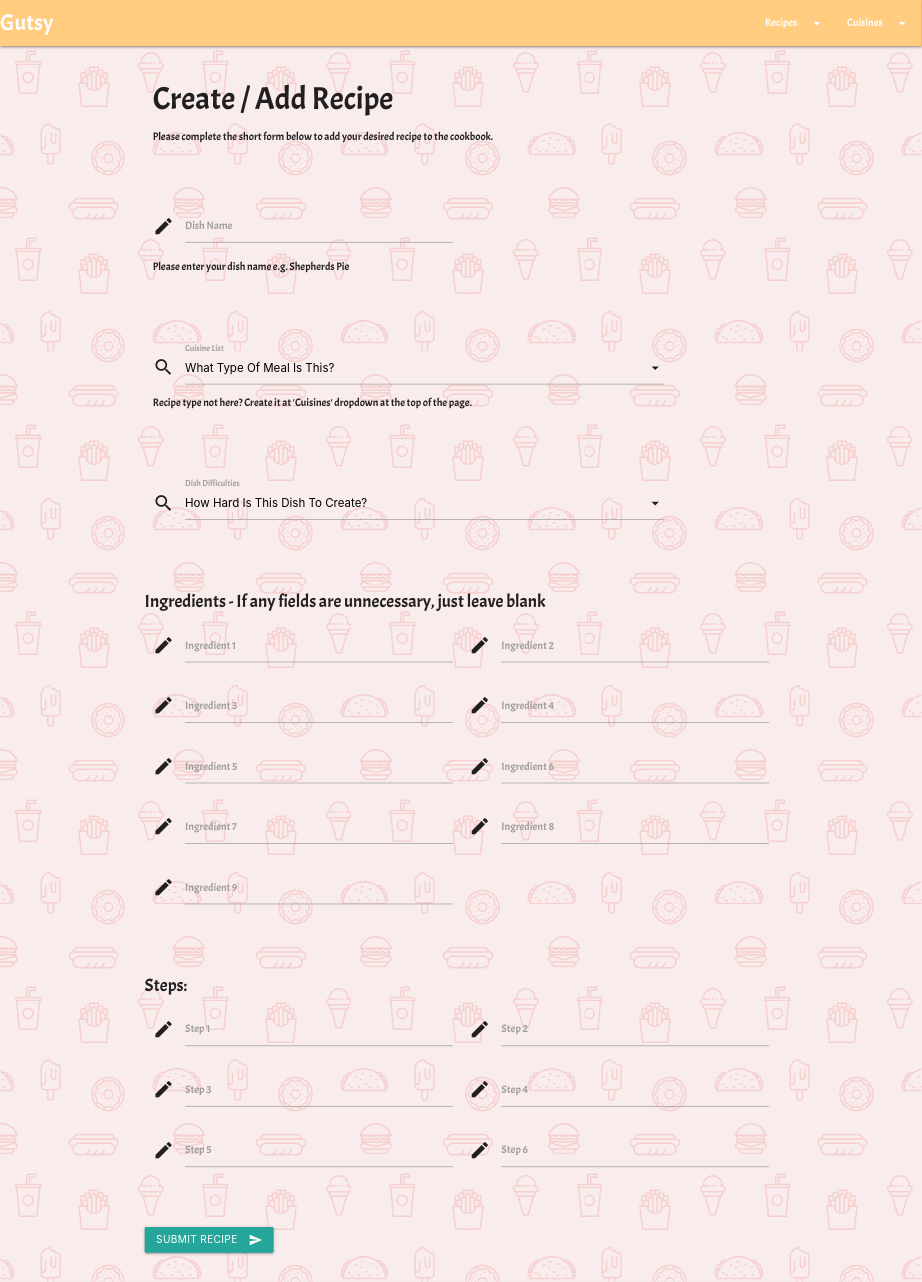
Repository: connor-blackburn/gutsy
Page: http://localhost/create_recipe
The author's editor kept a record of every edit. The page is drawn from the files as they stood at one moment, then again after the next edit.
The browser window is 1280 px wide. The pictures show the whole page, at 72% of full size.
The page is served by the project's application, run on Flask 3 (app.py). Queries for data that is not in the repository find no rows.

Above is the page before.

### templates/create_recipe.html
{% extends 'base.html' %} {% block content %}

<div class="row description container">
    <h3>Create / Add Recipe</h3>
    <p>Please complete the short form below to add your desired recipe to the cookbook.</p>
</div>

<form action="{{ url_for('insert_recipe') }}" method="POST" class="col s12 container">

    <div class="row">
        <div class="input-field col s6">
            <i class="material-icons prefix">create</i>
            <input id="icon_prefix" type="text" id="recipes" name="dish_name" class="validate">
            <label for="icon_prefix" id="recipes" name="dish_name">Dish Name</label>
            <p>Please enter your dish name e.g. Shepherds Pie</p>
        </div>
    </div>
    <div class="row">
        <div class="input-field col s10">
            <i class="material-icons prefix">search</i>
            <select id="recipes" name="cuisine_name">
                <option value="" disabled selected>What Type Of Meal Is This?</option>
                {% for cuisine in cuisines %}
                    <option value="{{cuisine.cuisine_name}}">{{cuisine.cuisine_name}}</option>
                {% endfor %}
            </select>
            <label>Cuisine List</label>
            <p>Recipe type not here? Create it at 'Cuisines' dropdown at the top of the page.</p>
        </div>
    </div>
    <div class="row">
        <div class="input-field col s10">
            <i class="material-icons prefix">search</i>
            <select id="recipes" name="dish_difficulty">
                <option value="" disabled selected>How Hard Is This Dish To Create?</option>
                    <option>Easy</option>
                    <option>Medium</option>
                    <option>Hard</option>
            </select>
            <label>Dish Difficulties</label>
        </div>
    </div>
    <div class="row">
        <h5>Ingredients - If any fields are unnecessary, just leave blank</h5>
        <div class="input-field col s6">
            <i class="material-icons prefix">create</i>
            <input id="icon_prefix" id="recipes" name="ingredient_1" type="text" class="validate">
            <label for="icon_prefix">Ingredient 1</label>
        </div>
        <div class="input-field col s6">
            <i class="material-icons prefix">create</i>
            <input id="icon_prefix" id="recipes" name="ingredient_2" type="text" class="validate">
            <label for="icon_prefix">Ingredient 2</label>
        </div>

        <div class="input-field col s6">
            <i class="material-icons prefix">create</i>
            <input id="icon_prefix" id="recipes" name="ingredient_3" type="text" class="validate">
            <label for="icon_prefix">Ingredient 3</label>
        </div>

        <div class="input-field col s6">
            <i class="material-icons prefix">create</i>
            <input id="icon_prefix" id="recipes" name="ingredient_4" type="text" class="validate">
            <label for="icon_prefix">Ingredient 4</label>
        </div>

        <div class="input-field col s6">
            <i class="material-icons prefix">create</i>
            <input id="icon_prefix" id="recipes" name="ingredient_5" type="text" class="validate">
            <label for="icon_prefix">Ingredient 5</label>
        </div>

        <div class="input-field col s6">
            <i class="material-icons prefix">create</i>
            <input id="icon_prefix" id="recipes" name="ingredient_6" type="text" class="validate">
            <label for="icon_prefix">Ingredient 6</label>
        </div>

        <div class="input-field col s6">
            <i class="material-icons prefix">create</i>
            <input id="icon_prefix" id="recipes" name="ingredient_7" type="text" class="validate">
            <label for="icon_prefix">Ingredient 7</label>
        </div>

        <div class="input-field col s6">
            <i class="material-icons prefix">create</i>
            <input id="icon_prefix" id="recipes" name="ingredient_8" type="text" class="validate">
            <label for="icon_prefix">Ingredient 8</label>
        </div>

        <div class="input-field col s6">
            <i class="material-icons prefix">create</i>
            <input id="icon_prefix" id="recipes" name="ingredient_9" type="text" class="validate">
            <label for="icon_prefix">Ingredient 9</label>
        </div>
    </div>

    <div class="row">
        <h5>Steps: </h5>
        <div class="input-field col s6">
            <i class="material-icons prefix">create</i>
            <input id="icon_prefix" id="recipes" name="step_1" type="text" class="validate">
            <label for="icon_prefix">Step 1</label>
        </div>
        <div class="input-field col s6">
            <i class="material-icons prefix">create</i>
            <input id="icon_prefix" id="recipes" name="step_2" type="text" class="validate">
            <label for="icon_prefix">Step 2</label>
        </div>
        <div class="input-field col s6">
            <i class="material-icons prefix">create</i>
            <input id="icon_prefix" id="recipes" name="step_3" type="text" class="validate">
            <label for="icon_prefix">Step 3</label>
        </div>
        <div class="input-field col s6">
            <i class="material-icons prefix">create</i>
            <input id="icon_prefix" id="recipes" name="step_4" type="text" class="validate">
            <label for="icon_prefix">Step 4</label>
        </div>
        <div class="input-field col s6">
            <i class="material-icons prefix">create</i>
            <input id="icon_prefix" id="recipes" name="step_5" type="text" class="validate">
            <label for="icon_prefix">Step 5</label>
        </div>
        <div class="input-field col s6">
            <i class="material-icons prefix">create</i>
            <input id="icon_prefix" id="recipes" name="step_6" type="text" class="validate">
            <label for="icon_prefix">Step 6</label>
        </div>
    </div>

    <div class="row">
        <button class="btn waves-effect waves-light" type="submit" name="action">Submit Recipe
            <i class="material-icons right">send</i>
        </button>
    </div>
</form>
{% endblock %}

### templates/base.html
<!DOCTYPE html>
<html>

<head>
    <meta charset="UTF-8">
    <meta name="viewport" content="width=device-width, initial-scale=1.0">
    <meta http-equiv="X-UA-Compatible" content="ie=edge">
    <link href="https://fonts.googleapis.com/icon?family=Material+Icons" rel="stylesheet">
    <link rel="stylesheet" href="https://cdnjs.cloudflare.com/ajax/libs/materialize/1.0.0/css/materialize.min.css">
    <link href="https://fonts.googleapis.com/css?family=Acme&display=swap" rel="stylesheet">
    <link rel="stylesheet" href="{{ url_for('static', filename='css/style.css') }}" type="text/css" />
</head>

<body>
    <header>
        <ul id="dropdown1" class="dropdown-content">
            <li><a href="{{url_for('get_recipes_step_one')}}">Edit Recipes</a></li>
            <li class="divider"></li>
            <li><a href="#!">Create Recipes</a></li>
        </ul>
        <ul id="dropdown2" class="dropdown-content">
            <li><a href="{{url_for('edit_cuisine_homepage')}}">Edit Cuisines</a></li>
            <li class="divider"></li>
            <li><a href="{{url_for('create_cuisine')}}">Create Cuisines</a></li>
        </ul>
        <ul id="dropdown3" class="dropdown-content">
            <li><a href="{{url_for('get_recipes_step_one')}}">Edit Recipes</a></li>
            <li class="divider"></li>
            <li><a href="#!">Create Recipes</a></li>
        </ul>
        <ul id="dropdown4" class="dropdown-content">
            <li><a href="{{url_for('edit_cuisine_homepage')}}">Edit Cuisines</a></li>
            <li class="divider"></li>
            <li><a href="{{url_for('create_cuisine')}}">Create Cuisines</a></li>
        </ul>
        <nav>
            <div class="nav-wrapper orange lighten-3">
                <a href="{{ url_for('home') }}" class="brand-logo">Gutsy</a>
                <a href="#" data-target="mobile-demo" class="sidenav-trigger"><i class="material-icons">menu</i></a>
                <ul class="right hide-on-med-and-down">
                    <li><a class="dropdown-trigger" href="#!" data-target="dropdown1">Recipes<i class="material-icons right">arrow_drop_down</i></a></li>
                    <li><a class="dropdown-trigger" href="#!" data-target="dropdown2">Cuisines<i class="material-icons right">arrow_drop_down</i></a></li>
                </ul>
            </div>
        </nav>

        <ul class="sidenav" id="mobile-demo">
            <li><a class="dropdown-trigger" href="#!" data-target="dropdown3">Recipes<i class="material-icons right">arrow_drop_down</i></a></li>
            <li><a class="dropdown-trigger" href="#!" data-target="dropdown4">Cuisines<i class="material-icons right">arrow_drop_down</i></a></li>
        </ul>
    </header>
    {% block content %} {% endblock %}

    <script type="text/javascript" src="https://cdnjs.cloudflare.com/ajax/libs/jquery/3.4.1/jquery.min.js"></script>
    <script src="https://cdnjs.cloudflare.com/ajax/libs/materialize/1.0.0/js/materialize.min.js"></script>
    <script type="text/javascript">
        $(document).ready(function() {
            $('.dropdown-trigger').dropdown();
            $('.collapsible').collapsible();
            $('.sidenav').sidenav();
            $('select').formSelect();
           // $('body').css('display', 'none');
            //$('body').fadeIn(1800);
        });
    </script>


</body>

</html>

### app.py
import os
from flask import Flask, render_template, redirect, request, url_for
from flask_pymongo import PyMongo
from bson.objectid import ObjectId

app = Flask(__name__)

app.config["MONGO_DBNAME"] = 'cookbook'
app.config["MONGO_URI"] = os.environ.get('MONGO_URI')

mongo = PyMongo(app)

# Home Page - Index
@app.route('/')
@app.route('/home')
def home():
    return render_template('index.html',
    cuisines=mongo.db.cuisines.find())

# Create Cuisine Page - Short Form
@app.route('/create_cuisine')
def create_cuisine():
    return render_template('create_cuisine.html',
    cuisines=mongo.db.cuisines.find())

# Inserts New Cuisine To Site & Redirects Back To Cuisine Homepage
@app.route('/insert_cuisine', methods=['POST'])
def insert_cuisine():
    cuisines = mongo.db.cuisines
    cuisines.insert_one(request.form.to_dict())
    return redirect(url_for('edit_cuisine_homepage'))

# Edit Cuisine Homepage - Shows Collection For User Choice
@app.route('/edit_cuisine_homepage')
def edit_cuisine_homepage():
    return render_template('edit_cuisine_homepage.html',
    cuisines=mongo.db.cuisines.find())

# Edit Cuisine Page, Cuisine Title Altered Here
@app.route('/edit_cuisine/<cuisine_id>')
def edit_cuisine(cuisine_id):
    return render_template('edit_cuisine.html',
    cuisines=mongo.db.cuisines.find_one({'_id': ObjectId(cuisine_id)}))

# Confirms Cuisine Change & Redirects Back To Cuisine Homepage
@app.route('/update_cuisine/<cuisine_id>', methods=['POST'])
def update_cuisine(cuisine_id):
    mongo.db.cuisines.update(
        {'_id': ObjectId(cuisine_id)},
        {'cuisine_name': request.form.get('cuisine_name')})
    return redirect(url_for('edit_cuisine_homepage'))

# Confirms Cuisine Deletion & Redirects Back To Cuisine Homepage
@app.route('/delete_cuisine/<cuisine_id>')
def delete_cuisine(cuisine_id):
    mongo.db.cuisines.remove({'_id': ObjectId(cuisine_id)}),
    return redirect(url_for('edit_cuisine_homepage'))

# Displays Correct Recipe In Relation To Cuisine Chosen
@app.route('/recipe_display/<cuisine_id>')
def recipe_display(cuisine_id):
    return render_template('recipe_display.html',
    recipes=mongo.db.recipes.find(),
    cuisines=mongo.db.cuisines.find_one({'_id': ObjectId(cuisine_id)}))

# Displays Cuisines So Users Can Narrow Recipe Search Efficiently
@app.route('/get_recipes_step_one')
def get_recipes_step_one():
    return render_template('get_recipes_step_one.html',
    cuisines=mongo.db.cuisines.find())

# Displays Recipes With Edit & Delete Buttons For User
@app.route('/get_recipes_step_two/<cuisine_id>')
def get_recipes_step_two(cuisine_id):
    return render_template('get_recipes_step_two.html',
    recipes=mongo.db.recipes.find(),
    cuisines=mongo.db.cuisines.find_one({'_id': ObjectId(cuisine_id)}))

# Confirms Cuisine Deletion & Redirects Back To Recipe Step One
@app.route('/delete_recipe/<recipe_id>')
def delete_recipe(recipe_id):
    mongo.db.recipes.remove({'_id': ObjectId(recipe_id)}),
    return redirect(url_for('get_recipes_step_one'))

#SPACE FOR RECIPE EDIT

# Allows User To Fill Form Regarding New Recipe
@app.route('/create_recipe')
def create_recipe():
    return render_template('create_recipe.html',
    recipes=mongo.db.recipes.find(),
    cuisines=mongo.db.cuisines.find())

@app.route('/insert_recipe', methods=['POST'])
def insert_recipe():
    recipes = mongo.db.recipes
    recipes.insert_one(request.form.to_dict())
    return redirect(url_for('create_recipe'))

if __name__ == '__main__':
    app.run(host=os.environ.get('IP'),
        port=int(os.environ.get('PORT')),
        debug=True)

### static/css/style.css
body {
    margin: 0;
    padding: 0;
    font-family: 'Acme', sans-serif;
    background-color: #f9ecec;
    background-image: url("data:[embedded picture, 9922 characters]");

}

.heading {
    height: 80vh;
}


.container .heading h1 {
    text-align: center;
    font-size: 9em;
}

.container .heading h5 {
    font-size: 2em;
    text-align: center;
}

.cuisine_selection {
    text-align: center;
}

.cuisine_selection h1{
    font-size: 5em;
}
.hero_image {
    margin: 0;
    z-index: -1;
    text-align: center;
}

.row {
    padding: 20px;
}

After the next edit:
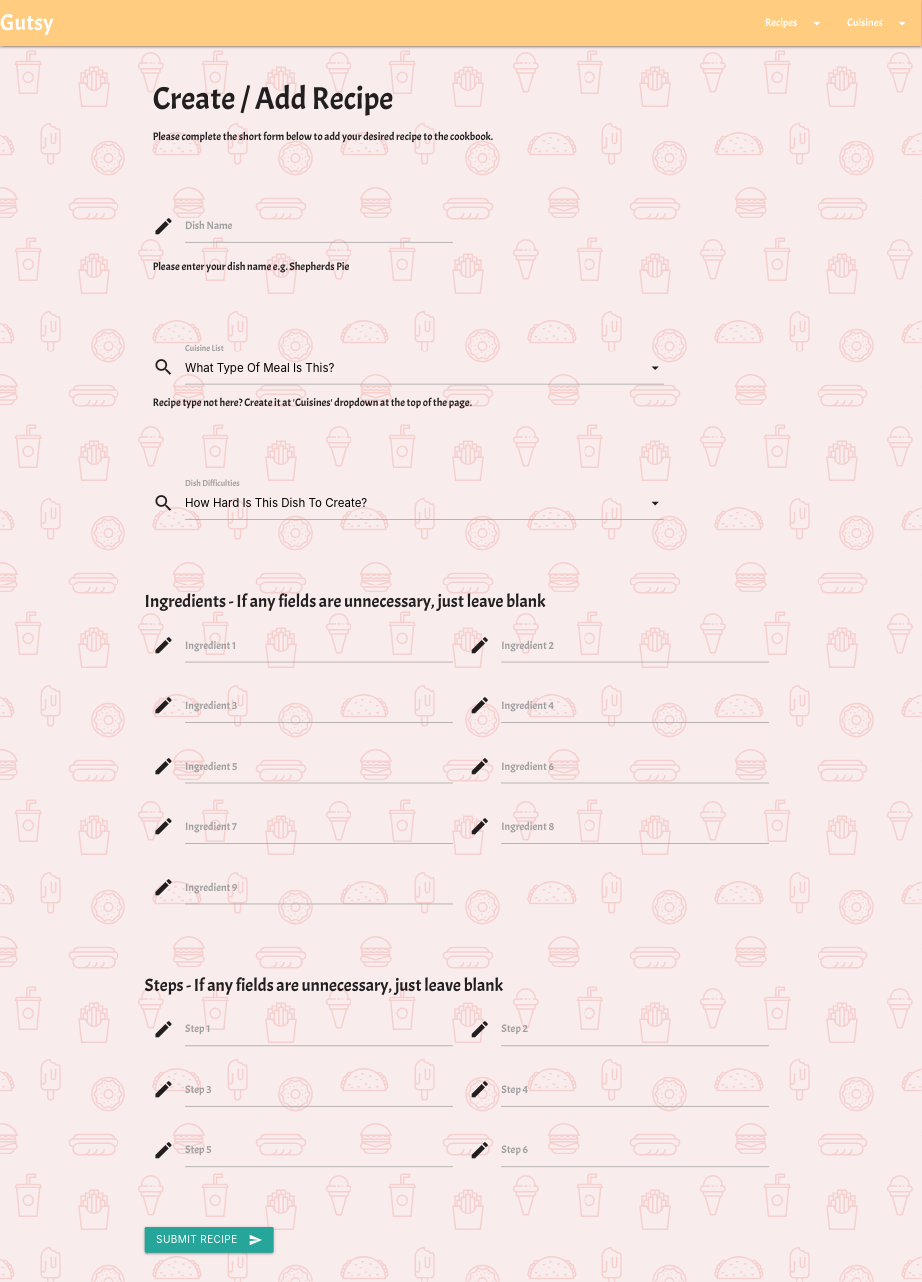
The edit:
--- a/templates/create_recipe.html
+++ b/templates/create_recipe.html
@@ -97,7 +97,7 @@
     </div>
 
     <div class="row">
-        <h5>Steps: </h5>
+        <h5>Steps - If any fields are unnecessary, just leave blank </h5>
         <div class="input-field col s6">
             <i class="material-icons prefix">create</i>
             <input id="icon_prefix" id="recipes" name="step_1" type="text" class="validate">
